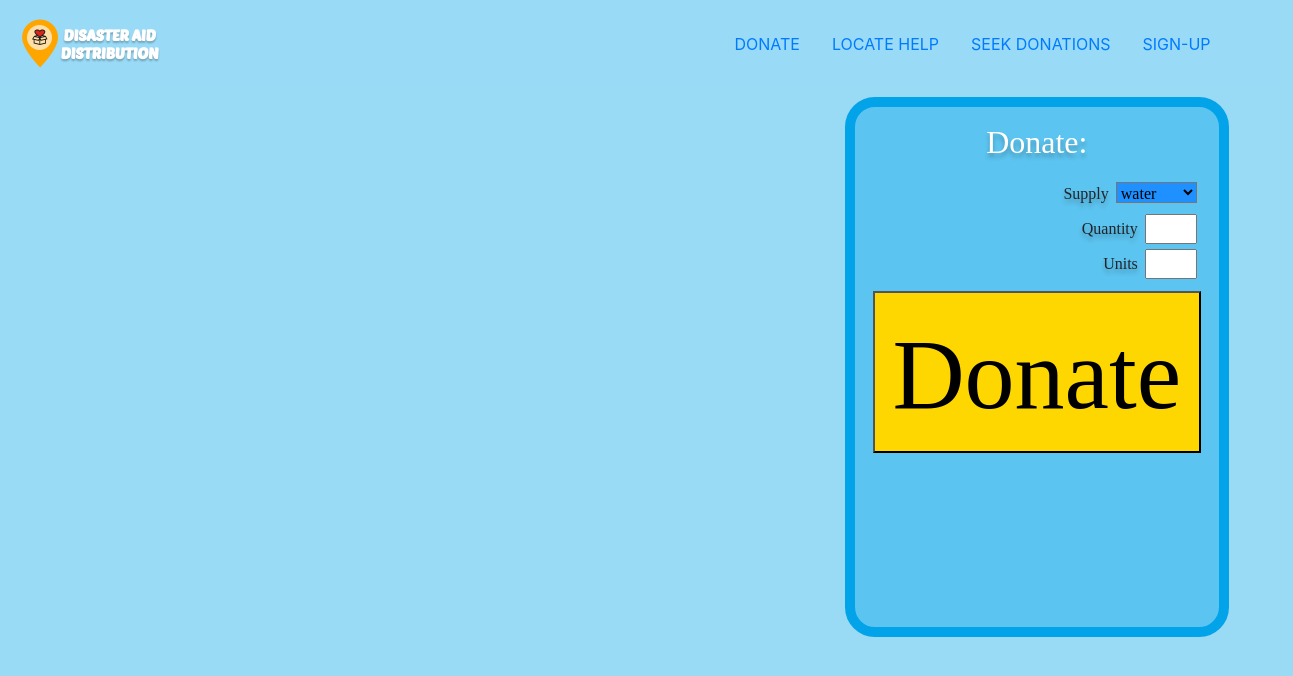
Repository: uprm-inso-4115-2019-2020-S2/semester-project-inso4115-DisasterAid-backend
Page: /donate-modal (app in disaster-aid/)
The author's editor kept a copy of each file at every save. The page is drawn from the files as they stood at one save, then again after the next save.
The browser window is 1280 px wide. The page is 1280 px wide, then 1293 px, so the pictures cover 1293 px, including what lies to the right of the window. The pictures show the whole page.
The project was rebuilt for these pictures with package versions that can differ from the ones it lists, and the page was loaded fresh each time. Also part of the build but not shown: disaster-aid/angular.json, disaster-aid/src/app/login/login.component.ts, disaster-aid/src/app/register/register.component.ts, disaster-aid/src/app/home/home.component.ts, disaster-aid/src/app/landing-page/landing-page.component.ts, disaster-aid/src/app/donations/donations.component.ts, disaster-aid/src/app/donations.service.ts.

Above is the page before, as saved 2020-05-09 01:53:51.

### disaster-aid/src/index.html
<!doctype html>
<html lang="en">
<head>
  <meta charset="utf-8">
  <title>DisasterAid</title>
  <base href="/">
  <meta name="viewport" content="width=device-width, initial-scale=1">
  <link rel="icon" type="image/x-icon" href="favicon.ico">
</head>
<body>
  <app-root></app-root>
</body>
</html>

### disaster-aid/src/styles.css
/* You can add global styles to this file, and also import other style files */

html { background-color:rgba(2, 163, 232, 0.4); }

### disaster-aid/src/app/app.module.ts
import { BrowserModule } from '@angular/platform-browser';
import { NgModule } from '@angular/core';
import { FormsModule, ReactiveFormsModule } from '@angular/forms';



import { AppRoutingModule } from './app-routing.module';
import { AppComponent } from './app.component';
import { RegisterComponent } from './register/register.component';
import { LoginComponent } from './login/login.component';
import { HttpClientModule } from '@angular/common/http';
import { HomeComponent } from './home/home.component'
import { UserApiService } from './userapi.service';
import { LandingPageComponent } from './landing-page/landing-page.component';
import { DonationsComponent } from './donations/donations.component';
import { DonateModalComponent } from './donate-modal/donate-modal.component';


@NgModule({
  declarations: [
    AppComponent,
    RegisterComponent,
    LoginComponent,
    HomeComponent,
    LandingPageComponent,
    DonationsComponent,
    DonateModalComponent,
  ],
  imports: [
    BrowserModule,
    AppRoutingModule,
    FormsModule,
    ReactiveFormsModule,
    HttpClientModule
  ],
  providers: [UserApiService],
  bootstrap: [AppComponent]
})
export class AppModule { }

### disaster-aid/src/app/app-routing.module.ts
import { NgModule } from '@angular/core';
import { Routes, RouterModule } from '@angular/router';
import {LoginComponent} from './login/login.component';
import { RegisterComponent } from './register/register.component';
import { HomeComponent } from './home/home.component';
import { LandingPageComponent } from './landing-page/landing-page.component';
import { DonationsComponent } from './donations/donations.component';
import { DonateModalComponent} from './donate-modal/donate-modal.component';


const routes: Routes = [
  { path: '', redirectTo: '/landing_page', pathMatch: 'full'}, //Make home the default landing page
  { path: 'register', component: RegisterComponent},
  { path: 'login', component: LoginComponent },
  { path: 'home', component: HomeComponent},
  { path: 'landing_page', component: LandingPageComponent },
  { path: 'my-donations', component: DonationsComponent },
  { path: 'donate-modal', component: DonateModalComponent},

];

@NgModule({
  imports: [RouterModule.forRoot(routes)],
  exports: [RouterModule]
})
export class AppRoutingModule { }

### disaster-aid/src/app/app.component.ts
import { Component } from '@angular/core';

@Component({
  selector: 'app-root',
  templateUrl: './app.component.html',
  styleUrls: ['./app.component.css']
})
export class AppComponent {
  title = 'disaster-aid';
}

### disaster-aid/src/app/userapi.service.ts
import { Injectable } from '@angular/core';
import { HttpClient, HttpErrorResponse, HttpHeaders } from '@angular/common/http';
import { User } from './user';
import { Observable, throwError } from 'rxjs';
import { catchError } from 'rxjs/operators';


@Injectable({
  providedIn: 'root'
})
export class UserApiService {

  constructor(private httpClient:HttpClient) { }

  private _handleError(error: HttpErrorResponse | any) {
    let data = {};
                data = {
                    reason: error && error.error.reason ? error.error.reason : '',
                    status: error.status
                };
                console.error(data);
                return throwError(error);
  }

    public server:String = " http://localhost:5000/";

   public getUsers() : Observable<User[]> {
     return this.httpClient
     .get<User[]>(this.server + "DAD/users")
     .pipe(catchError (this._handleError));
   }

   public getUser(userID : String): Observable<User> {
    return this.httpClient
    .get<User>(this.server + `DAD/users/${userID}`)
    .pipe(catchError (this._handleError));
  }

  public createUser(user: User): Observable<any> {

    const httpOptions = {
      headers: new HttpHeaders ({
        'Content-Type':'application/json',
        'Accept': 'application/json'
      })
    };
    return this.httpClient
    .post(this.server + "DAD/users", user, httpOptions)
    .pipe(catchError (this._handleError));;
  }


}

### disaster-aid/src/app/donate-modal/donate-modal.component.ts
import { Component, OnInit } from '@angular/core';

@Component({
  selector: 'app-donate-modal',
  templateUrl: './donate-modal.component.html',
  styleUrls: ['./donate-modal.component.css']
})
export class DonateModalComponent implements OnInit {

  constructor() { }

  ngOnInit(): void {
  }

}

### disaster-aid/src/app/donate-modal/donate-modal.component.html
<nav class="navbar navbar-light" style="background-color: rgba(2, 163, 232, 0.4);">
    <a class="navbar-brand mr-1" href="#"><img src="/assets/DAD_logo.png" style="width: 50%;"></a>
    <ul class="nav navbar-justified navbar-right ml-auto" style="margin-right: 3%;">
        <li class="nav-item">
            <a class="nav-link menuItem" routerLink="/my-donations"  >DONATE</a>
        </li>
        <li class="nav-item">
            <a class="nav-link menuItem"  href="#">LOCATE HELP</a>
        </li>
        <li class="nav-item">
            <a class="nav-link menuItem" href="#">SEEK DONATIONS</a>
        </li>
        <li class="nav-item">
            <a class="nav-link menuItem"  routerLink="/register" routerLinkActive="active">SIGN-UP</a>
        </li>
    </ul>
</nav>

<div class="donateBox">
    <p style="font-size: xx-large; text-align: center; padding-top: 3%; color: white;">Donate:</p>
    <!-- <form [formGroup]="loginForm" (ngSubmit)="onSubmit(loginForm.value)"> -->
        <div style="text-align: right; padding-right: 22px;">
            <div>
                <label for="Supply" style="padding-right: 7px;">Supply</label>
                <select id="supply" name="supply" class="select">
                    <option value="water">water</option>
                    <option value="food">food</option>
                    <option value="medicine">medicine</option>
                    <option value="clothing">clothing</option>

                </select>
            </div>
            <div>
                <label for="quantity" style="padding-right: 7px;">Quantity</label>
                <input type="number" id="quantity" name="quantity" min="1" max="5">
            </div>
            <div>
                <label for="units" style="padding-right: 7px;">Units</label>
                <input type="number" id="quantity" name="quantity" min="1" max="5">
            </div>
        </div>

        <div style="text-align: center;  padding-top: 7px;">
            <button class="donateButton" type="submit">Donate</button>
        </div>
    <!-- </form> -->

    <!-- <div style="text-align: center; padding-top: 5px; font-size: large;">
        <label style="color: white; padding-right: 5px;">Don't have an account?</label>
        <a routerLink="/register" routerLinkActive="active" style="color:#FFBC40 ;">Sign up</a>
    </div> -->

</div>

### disaster-aid/src/app/donate-modal/donate-modal.component.css
.donateBox {
    position: absolute;
    width: 30%;
    height: 75%;
    left: 66%;
    top: 97px;
    background: rgba(2, 163, 232, 0.4);
    border: 10px solid #02A3E8;
    border-radius: 30px;
    font-family: 'Fredoka One', cursive;
    font-family: 'Gochi Hand', cursive;
    text-shadow: 0px 4px 4px rgba(0, 0, 0, 0.25);
}

.donateButton{
    text-align: center;
    padding-top: 7px;
    background: gold;
    width: 90%;
    font-size:100px
}

.select{
    background-color: dodgerblue;
    /* display: none; */
    position: relative;
    font-family: 'Gochi Hand', cursive;
}

Loaded but not shown: disaster-aid/src/main.ts (common file); disaster-aid/src/environments/environment.ts (common file); disaster-aid/src/app/app.component.html (common file); disaster-aid/src/app/app.component.css (no stored copy; drawn as an empty file)

After the next save:
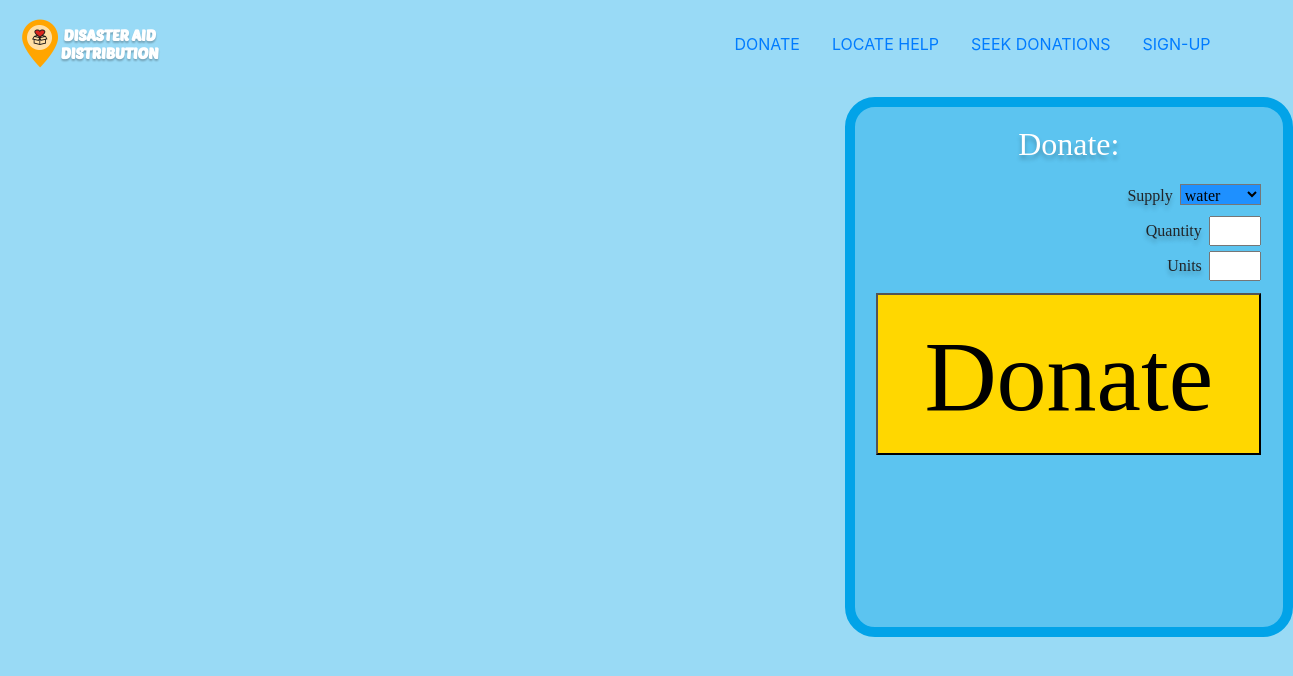
Saved 16 s later.
--- a/disaster-aid/src/app/donate-modal/donate-modal.component.css
+++ b/disaster-aid/src/app/donate-modal/donate-modal.component.css
@@ -1,6 +1,6 @@
 .donateBox {
     position: absolute;
-    width: 30%;
+    width: 35%;
     height: 75%;
     left: 66%;
     top: 97px;
